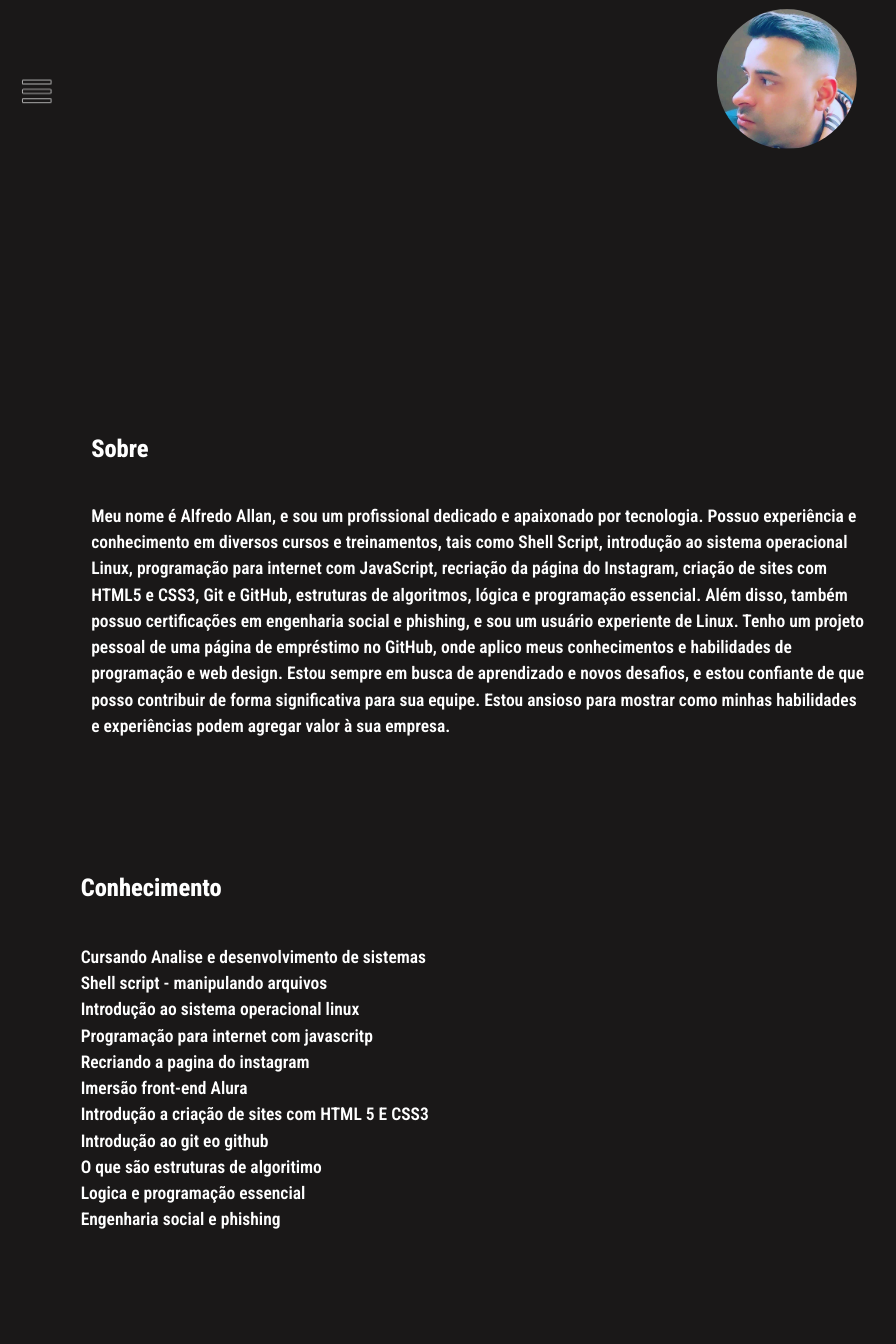
Repository: alfredo-allan/Portfolio
Page: index.html
These files come from the project's save history. The page is drawn as it stood at one moment and after the next save; the edit follows.
The browser window is 1280 px wide. The pictures show the part of the page from y = 0 to 1920 px (the page is 4837 px tall), at 70% of full size.

Above is the page before, as saved 2024-05-30 19:45:25.

After the next save:
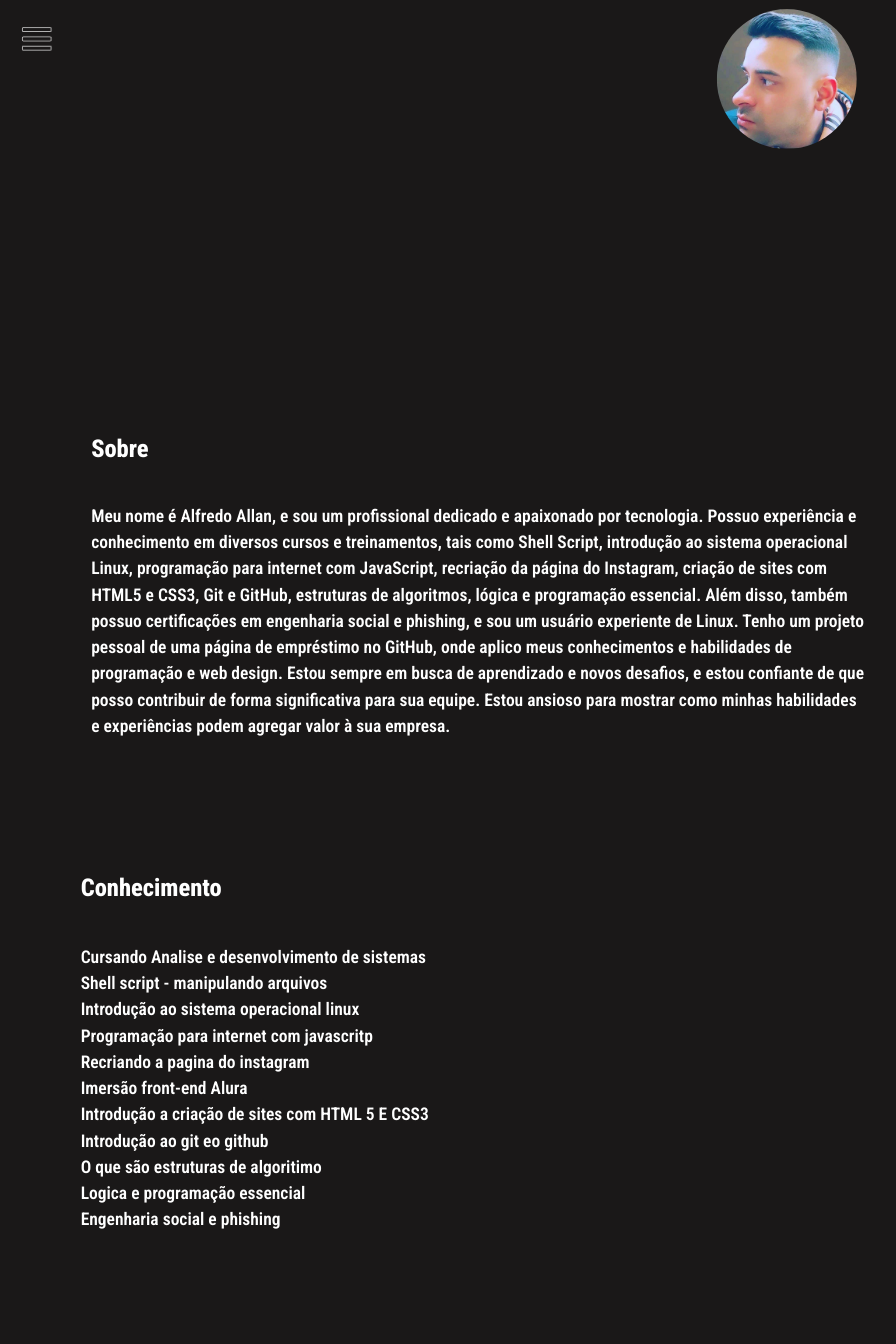
Saved 50 s later.
--- a/src/assets/styles/home.css
+++ b/src/assets/styles/home.css
@@ -282,7 +282,7 @@ body {
 }
 
 #menu-icon {
-  margin-top: -190px;
+  margin-top: -340px;
   margin-left: 30px;
   width: 45px;
 }
